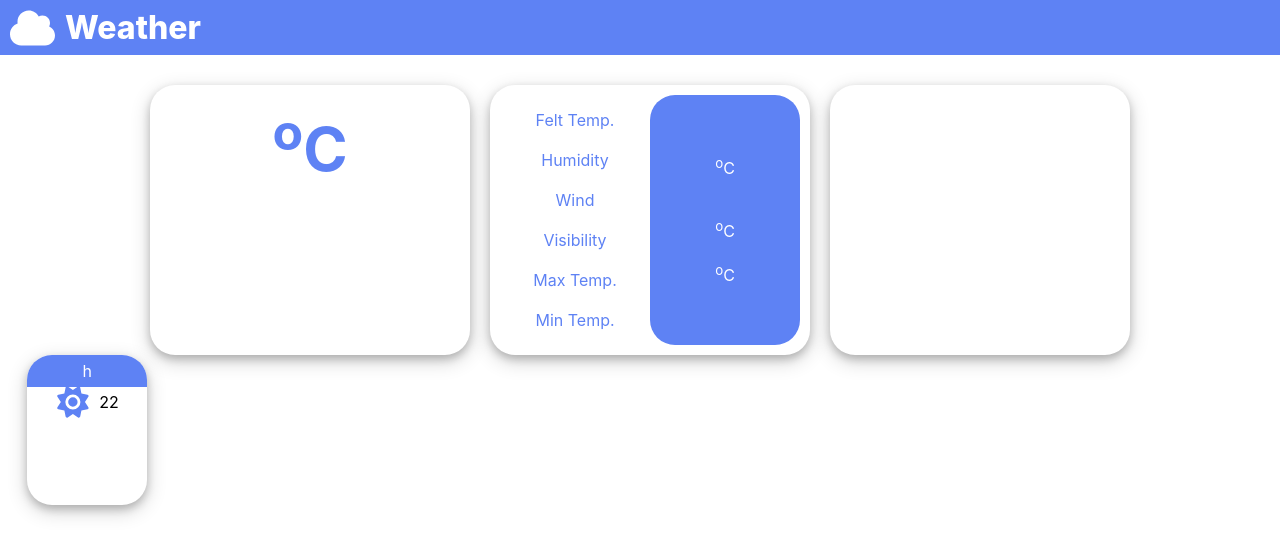
Repository: ahmedazawi/weather-app
Page: /
These files come from the project's save history. The page is drawn as it stood at one moment and after the next save; the edit follows.
The browser window is 1280 px wide. The pictures show the whole page.
The project was rebuilt for these pictures with package versions that can differ from the ones it lists, and the page was loaded fresh each time. Also part of the build but not shown: src/components/Map.js.

Above is the page before, as saved 2022-11-30 15:41:47.

After the next save:
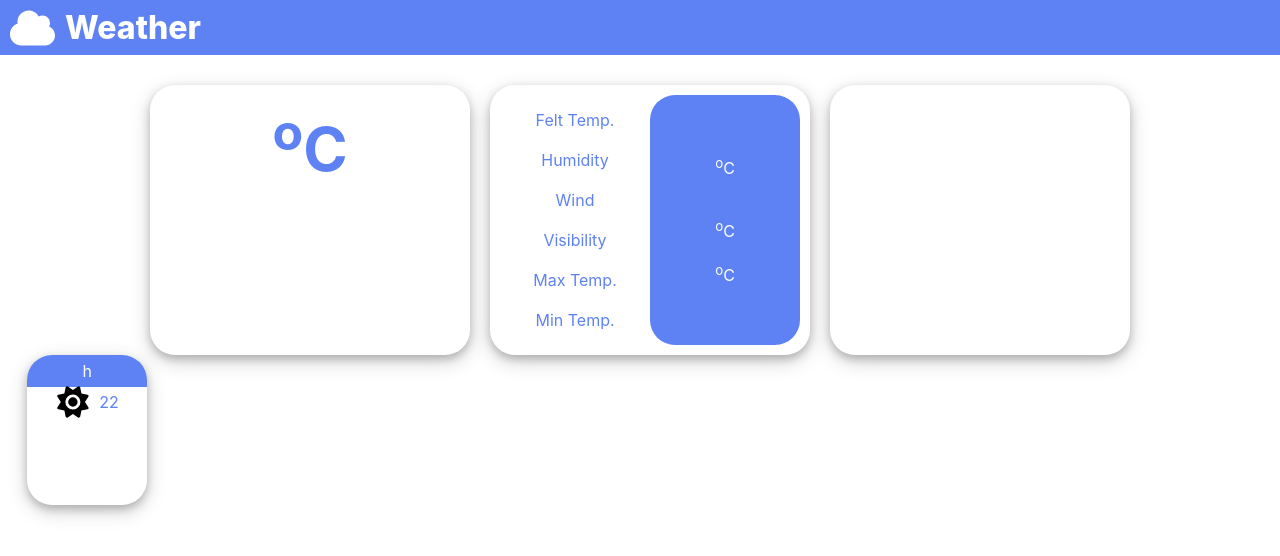
Saved 12 s later.
--- a/src/assets/css/SevenDaysCards.css
+++ b/src/assets/css/SevenDaysCards.css
@@ -37,8 +37,8 @@
   justify-content: center;
   width: 100%;
   gap: 10px;
+  color: var(--primaryColor);
 }
 
 .sm-cards-body > div > .sun-icon {
-  color: var(--primaryColor);
 }
